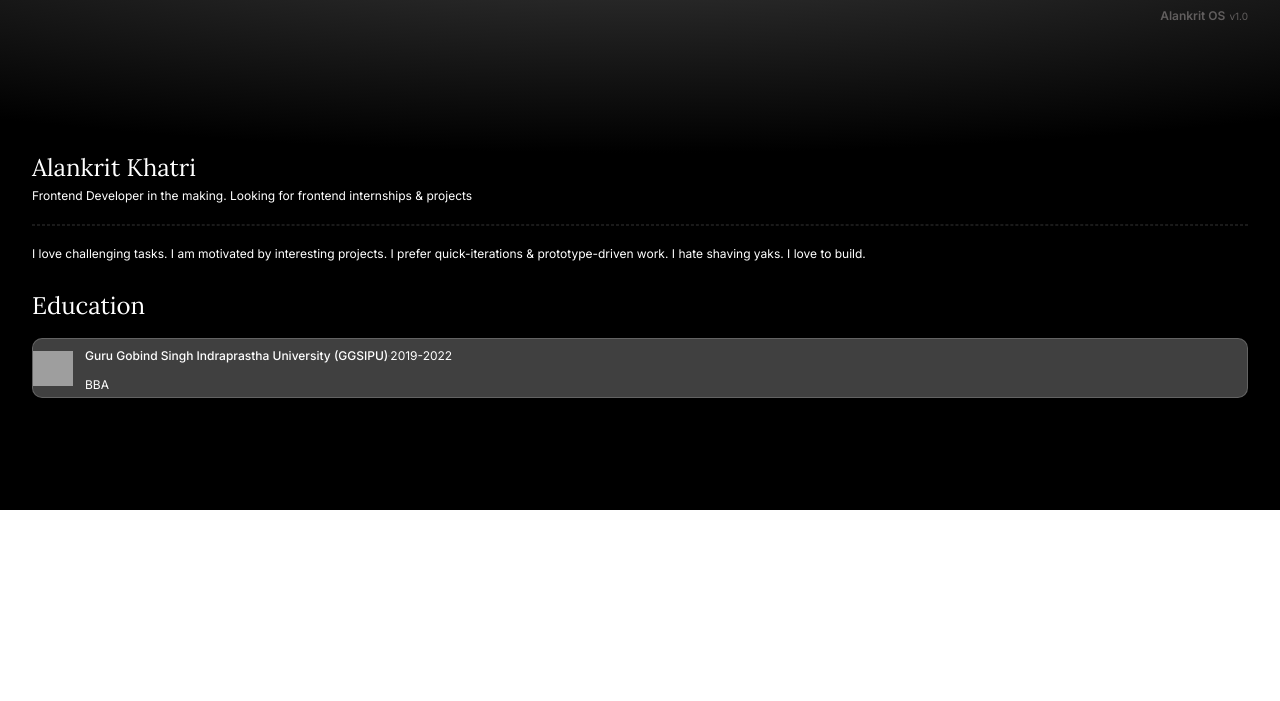
Repository: alankritkhatri/alankrit.xyz
Page: /
An editor plug-in stored every save of this project. The page is shown before and after the next save, followed by the edit.
The browser window is 1280 px wide. The pictures show the whole page.
Pictures or frames that could not be fetched are drawn as grey boxes. The project was rebuilt for these pictures with package versions that can differ from the ones it lists, and the page was loaded fresh each time. Also part of the build but not shown: vite.config.js, src/blog.jsx.

Above is the page before, as saved 2024-08-11 20:20:24.

### index.html
<!DOCTYPE html>
<html lang="en">
  <head>
    <meta charset="UTF-8" />
    <link rel="icon" type="image/svg+xml" href="/vite.svg" />
    <link rel="preconnect" href="https://fonts.googleapis.com" />
    <link rel="preconnect" href="https://fonts.gstatic.com" crossorigin />
    <link
      href="https://fonts.googleapis.com/css2?family=Inter:wght@100..900&display=swap"
      rel="stylesheet"
    />

    <link
      href="https://fonts.googleapis.com/css2?family=Lora:ital,wght@0,400..700;1,400..700&display=swap"
      rel="stylesheet"
    />
    <!-- Linkedin link -->
    <script
      src="https://platform.linkedin.com/badges/js/profile.js"
      async
      defer
      type="text/javascript"
    ></script>
    <meta name="viewport" content="width=device-width, initial-scale=1.0" />
    <title>AlankritOS</title>
  </head>
  <body>
    <div id="root"></div>
    <script type="module" src="/src/main.jsx"></script>
  </body>
</html>

### src/App.jsx
import "./App.css";
import { BrowserRouter as Router, Routes, Route, Link } from "react-router-dom";
import Blog from "./blog";
import Home from "./pages/Home/Home";
const App = () => {
  return (
    <div className="main">
      <Router>
        <Link to="/">
          <div className="logo">
            <h1>Alankrit OS</h1>
            <span>v1.0</span>
          </div>
        </Link>
        <Routes>
          <Route path="/" element={<Home />} />
          <Route path="blog" element={<Blog />} />
        </Routes>
      </Router>
    </div>
  );
};

export default App;

### src/App.css
* {
  margin: 0px;
  padding: 0px;
  box-sizing: border-box;
  font-family: Inter, Haettenschweiler, "Arial Narrow Bold", sans-serif;
}
body{

  background: radial-gradient(100% 50% at 50% -20%, #404040, #000000);
  background-repeat: no-repeat;

}
.main {
  h1 {
    line-height: 32px;
  }
  h2 {
    line-height: 24px;
  }
  h3 {
    line-height: 16px;
  }
  p {
    line-height: 24px;
  }
  color: white;

  padding: 0px 32px;
  a {
    text-decoration: none;
  }
  .logo {
    color: rgba(126, 121, 121, 0.726);
    display: flex;
    align-items: center;
    justify-content: flex-end;
    gap: 4px;

    font-family: monospace;
    animation: flicker 2s infinite;
    h1 {
      font-size: 12px;
      font-weight: 600;
    }
    span {
      font-size: 10px;
      font-weight: 400;
    }
  }
}
/* logo flickr animation */
@keyframes flicker {
  0% {
    opacity: 0;
  }
  9% {
    opacity: 0;
  }
  10% {
    opacity: 0.5;
  }
  13% {
    opacity: 0;
  }
  20% {
    opacity: 0.5;
  }
  25% {
    opacity: 1;
  }
}

### src/pages/Home/Home.jsx
import Infosection from "../../components/Info-Section/Infosection.jsx";
import "./Home.css";
import data from "../../alankrit_data/data.json";
const Home = () => {
  return (
    <div className="home">
      <div
        className="badge-base LI-profile-badge"
        data-locale="en_US"
        data-size="medium"
        data-theme="dark"
        data-type="VERTICAL"
        data-vanity="alankrit-khatri"
        data-version="v1"
      >
        {" "}
        </div>

      <div className="about-section">
        <h1 className="name">Alankrit Khatri</h1>
        <p>
          Frontend Developer in the making. Looking for frontend internships &
          projects
        </p>
        <div className="dashed-line"></div>
        <p>
          I love challenging tasks. I am motivated by interesting projects. I
          prefer quick-iterations & prototype-driven work. I hate shaving yaks.
          I love to build.
        </p>
      </div>
      <div className="education-section">
        <h1>Education</h1>
        <Infosection {...data} />
        {console.log(data)}
      </div>
    </div>
  );
};

export default Home;

### src/components/Info-Section/Infosection.jsx
import "./infoSection.css";
const Infosection = (props) => {
  return (
    <>
      <div className="infosection-details">
        <img
          src={props[0].educationDetails.bachelors.logo}
          alt=""
          style={{ width: "40px", height: "35px" }}
        />
        <div className=" infosection-info">
          <div className="infosection-info-top ">
            <h2 style={{ opacity: "1", fontWeight: "500" }}>
              {props[0].educationDetails.bachelors.schoolName}
            </h2>
            <div className="dashed-line"></div>
            <h2> {props[0].educationDetails.bachelors.schoolYears} </h2>
          </div>

          <div className="infosection-info-bottom">
            <h2> {props[0].educationDetails.bachelors.course}</h2>
          </div>
        </div>
      </div>
    </>
  );
};

export default Infosection;

### src/pages/Home/Home.css
.home {
  margin: 96px 0px;
  display: flex;
  flex-direction: column;
  gap: 24px;
  /* dashed line  */
  .dashed-line {
    margin: 16px 0px;
    opacity: 0.1;
    border-width: 1px;
    border-style: dashed;
    color: rgb(255 255 255);
  }
  .hide {
    display: none;
  }
  h1 {
    font-family: "Lora", serif;
    font-size: 24px;
    font-weight: 400;
  }
  h2 {
    font-size: 12px;
    font-style: normal;
    font-weight: 400;
  }
  h3 {
    font-size: 10px;
    font-style: normal;
    font-weight: 300;
  }
  p {
    font-size: 12px;
  }
  .about-section {
    display: flex;
    flex-direction: column;
    .name {
      line-height: 32px;
    }
  }
}

### src/alankrit_data/data.json
[
  {
    "educationDetails": {
      "className": "education-details",
      "bachelors": {
        "schoolName": "Guru Gobind Singh Indraprastha University (GGSIPU)",
        "schoolYears": "2019-2022",
        "course": "BBA",
        "logo": "https://encrypted-tbn0.gstatic.com/images?q=tbn:ANd9GcRM9GNTFenU_T9caTwA63o86iaVHMnf9eeEPw&s"
      },
      "masters": {
        "schoolName": "Guru Gobind Singh Indraprastha University (GGSIPU)",
        "schoolYears": "2019-2022",
        "logo": "https://encrypted-tbn0.gstatic.com/images?q=tbn:ANd9GcRM9GNTFenU_T9caTwA63o86iaVHMnf9eeEPw&s"
      }
    }
  }
]

### src/components/Info-Section/infoSection.css
.infosection-details {
  background: rgba(255, 255, 255, 0.25);
  -webkit-backdrop-filter: blur(4px);
  border-radius: 10px;
  border: 1px solid rgba(255, 255, 255, 0.18);
  backdrop-filter: blur(10px);
  backdrop-filter: saturate(180%) blur(10px);
  display: flex;
  align-items: center;
  gap: 12px;
  margin: 16px 0px;

  .infosection {
    width: 100%;
    min-width: 80%;
    * {
      line-height: 16px;
    }
    h3 {
      letter-spacing: -0.26px;
      opacity: 0.5;
    }
    h2 {
      opacity: 0.5;
    }
  }
  .infosection-info-top {
    display: flex;
    justify-content: space-between;
    align-items: center;
  }
}

Loaded but not shown: src/main.jsx (common file)

After the next save:
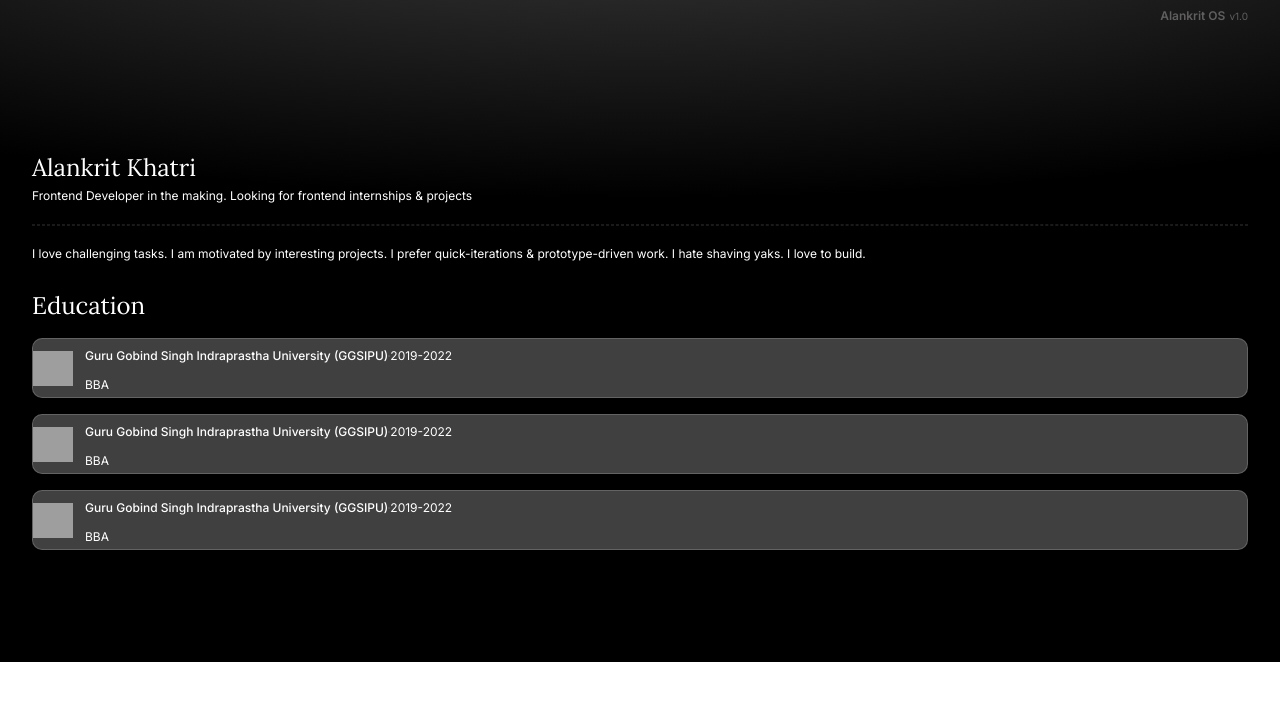
Saved 13 s later.
--- a/src/pages/Home/Home.jsx
+++ b/src/pages/Home/Home.jsx
@@ -32,6 +32,8 @@ const Home = () => {
       <div className="education-section">
         <h1>Education</h1>
         <Infosection {...data} />
+        <Infosection {...data} />
+        <Infosection {...data} />
         {console.log(data)}
       </div>
     </div>
